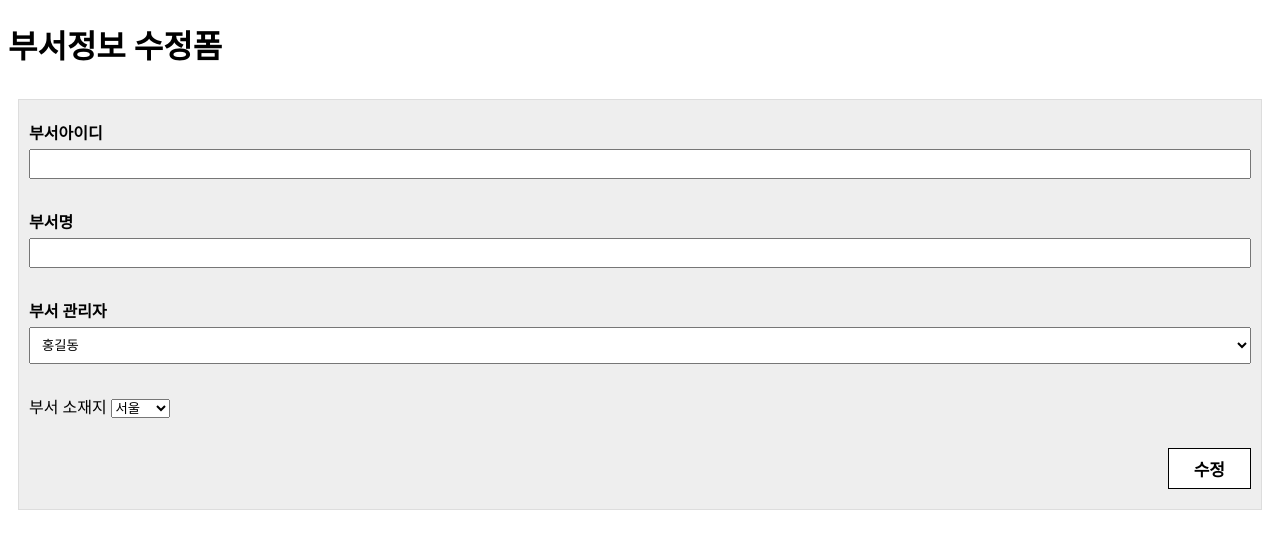
Repository: benpark0613/basic
Page: http://localhost/sample/hr/dept/modifyform.jsp
An editor plug-in stored every save of this project. The page is shown before and after the next save, followed by the edit.
The browser window is 1280 px wide. The pictures show the whole page.
The page is served by Tomcat 9.

Above is the page before, as saved 2021-11-11 06:45:45.

After the next save:
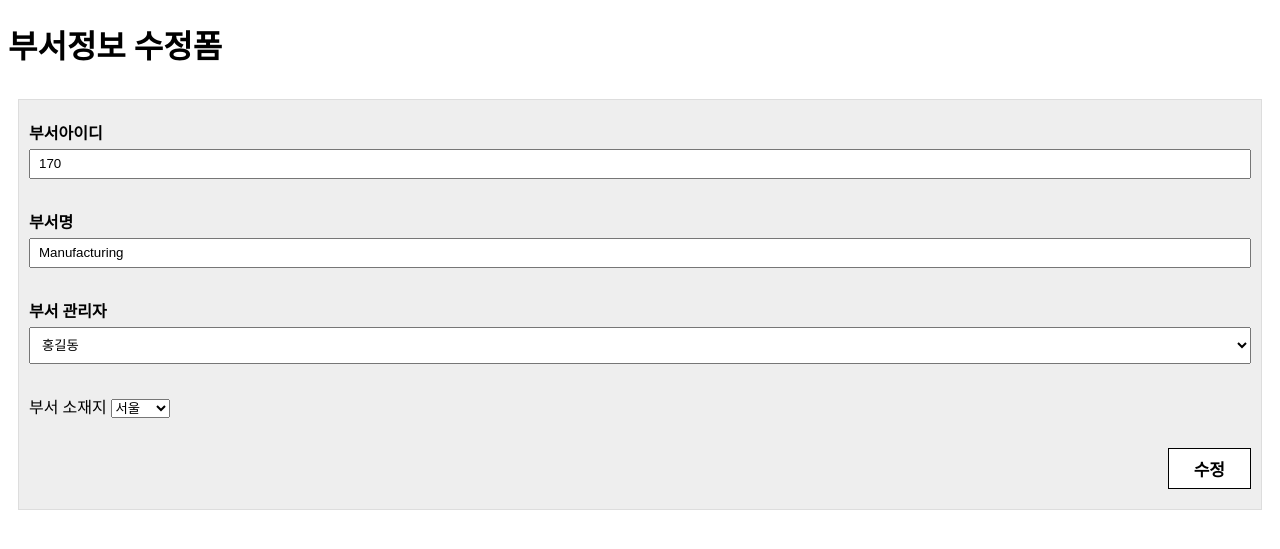
Saved 94 s later.
--- a/HR_app/sample/src/main/webapp/hr/dept/modifyform.jsp
+++ b/HR_app/sample/src/main/webapp/hr/dept/modifyform.jsp
@@ -14,11 +14,11 @@
 		<form class="well" method="post" action="update.jsp">
 			<div class="form-group">
 				<label>부서아이디</label>
-				<input type="text" name="id" />
+				<input type="text" name="id" value="170"/>
 			</div>
 			<div class="form-group">
 				<label>부서명</label>
-				<input type="text" name="name" />
+				<input type="text" name="name" value="Manufacturing" />
 			</div>
 			<div class="form-group">
 				<label>부서 관리자</label>
